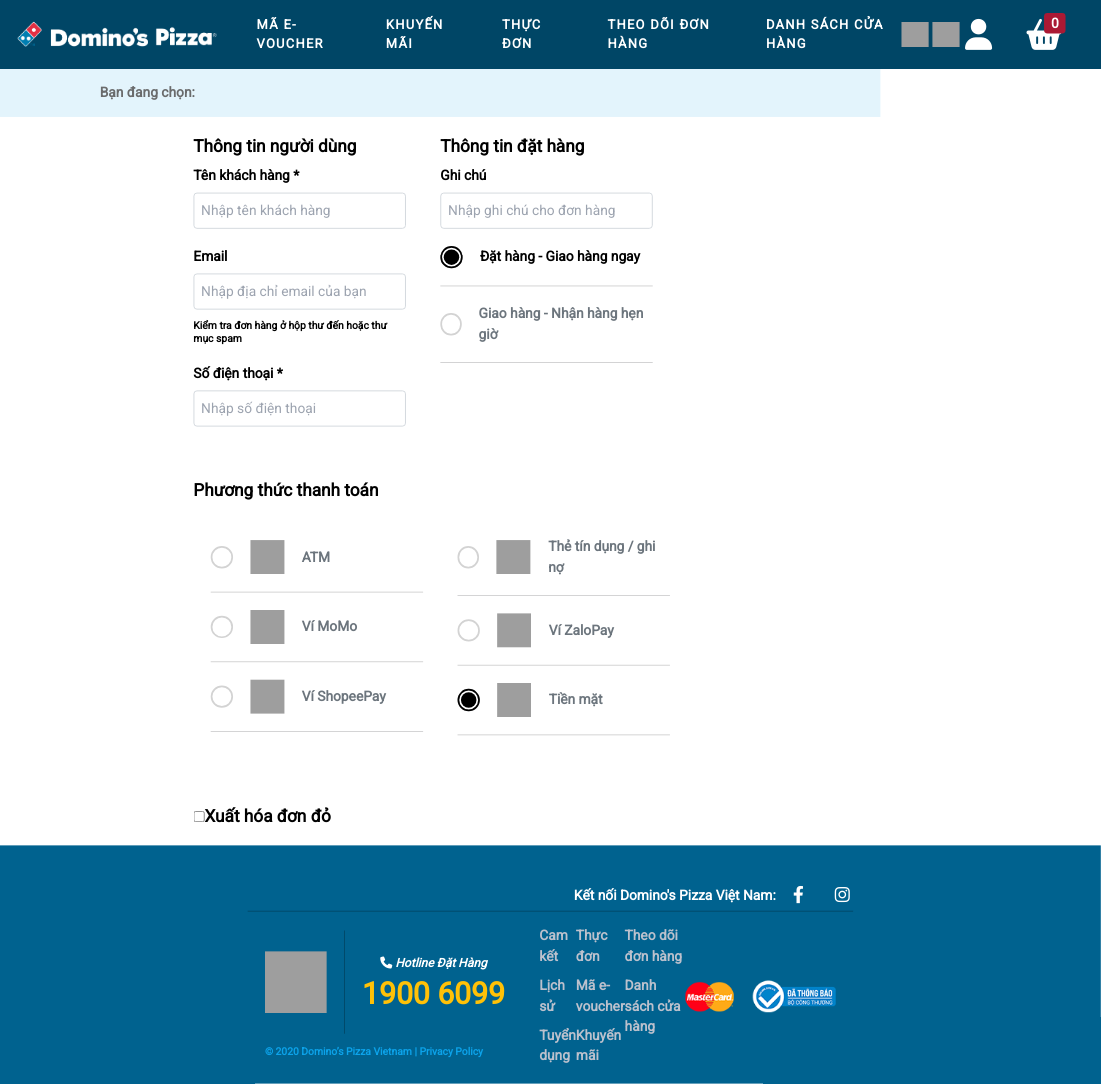
Repository: iphoneboy46/pizza-domino
Page: /thanhtoan
An editor plug-in stored every save of this project. The page is shown before and after the next save, followed by the edit.
The browser window is 1280 px wide. The pictures show the whole page, at 86% of full size.
Pictures or frames that could not be fetched are drawn as grey boxes. The page's requests for data from a server got no answer. Some web libraries are served in a nearby version. The project was rebuilt for these pictures with package versions that can differ from the ones it lists, and the page was loaded fresh each time. No one was signed in, and anything a server would have sent is missing. Also part of the build but not shown: src/components/Slides/Slides.css, src/components/Slides/Slides.js, src/components/SearchAddress/SearchAddress.css, src/components/SearchAddress/SearchAddress.js, src/components/page/Order/Order.js, src/components/page/Home/Home.css, src/components/page/Login/Login.css, src/components/page/InputField/InputField.js and 35 more.

Above is the page before, as saved 2023-03-01 13:36:57.

### public/index.html
<!DOCTYPE html>
<html lang="en">
  <head>
    <meta charset="utf-8" />
    <link rel="icon" href="%PUBLIC_URL%/favicon.ico" />
    <meta name="viewport" content="width=device-width, initial-scale=1" />
    <meta name="theme-color" content="#000000" />
    <meta
      name="description"
      content="Web site created using create-react-app"
    />
    <link rel="apple-touch-icon" href="%PUBLIC_URL%/logo192.png" />
    <link rel="stylesheet" href="https://cdnjs.cloudflare.com/ajax/libs/font-awesome/6.1.2/css/all.min.css" integrity="sha512-1sCRPdkRXhBV2PBLUdRb4tMg1w2YPf37qatUFeS7zlBy7jJI8Lf4VHwWfZZfpXtYSLy85pkm9GaYVYMfw5BC1A==" crossorigin="anonymous" referrerpolicy="no-referrer" />
    <!--
      manifest.json provides metadata used when your web app is installed on a
      user's mobile device or desktop. See https://developers.google.com/web/fundamentals/web-app-manifest/
    -->
    <link rel="manifest" href="%PUBLIC_URL%/manifest.json" />
    <!--
      Notice the use of %PUBLIC_URL% in the tags above.
      It will be replaced with the URL of the `public` folder during the build.
      Only files inside the `public` folder can be referenced from the HTML.

      Unlike "/favicon.ico" or "favicon.ico", "%PUBLIC_URL%/favicon.ico" will
      work correctly both with client-side routing and a non-root public URL.
      Learn how to configure a non-root public URL by running `npm run build`.
    -->
    <title>Pizza-Domino</title>
  </head>
  <body>
    <noscript>You need to enable JavaScript to run this app.</noscript>
    <div id="root"></div>
    <!--
      This HTML file is a template.
      If you open it directly in the browser, you will see an empty page.

      You can add webfonts, meta tags, or analytics to this file.
      The build step will place the bundled scripts into the <body> tag.

      To begin the development, run `npm start` or `yarn start`.
      To create a production bundle, use `npm run build` or `yarn build`.
    -->
  </body>
</html>

### src/index.js
import React from 'react';
import ReactDOM from 'react-dom/client';
import './index.css';
import App from './App';
import reportWebVitals from './reportWebVitals';
import Provider from '../src/components/Store/Provider';


const root = ReactDOM.createRoot(document.getElementById('root'));
root.render(
  <React.StrictMode>
    <Provider>
      <App />
    </Provider>
  </React.StrictMode>
);

// If you want to start measuring performance in your app, pass a function
// to log results (for example: reportWebVitals(console.log))
// or send to an analytics endpoint. Learn more: https://bit.ly/CRA-vitals
reportWebVitals();

### src/App.css
@import url('https://fonts.googleapis.com/css2?family=Roboto:wght@300;400&display=swap');

* {
  padding: 0;
  margin: 0;
  box-sizing: border-box;
  font-family: 'Roboto', sans-serif;

}

ul {
  list-style: none;
}

a {
  text-decoration: none;
}

/* width */
::-webkit-scrollbar {
  width: 8px;
  z-index: 1;
}

/* Track */
::-webkit-scrollbar-track {
  background: transparent;
  z-index: 1;
}

/* Handle */
::-webkit-scrollbar-thumb {

  background: #bcc1cb;
  border-radius: 4px;
  z-index: 1;
}



/* Handle on hover */
::-webkit-scrollbar-thumb:hover {
  background: #555;
  z-index: 1;
}

.modal {
  position: fixed;
  top: 0;
  left: 0;
  right: 0;
  bottom: 0;
  z-index: 999;
  width: 100%;
  height: 100vh;
  background-color: rgba(31, 31, 31, 0.595);
}

@media only screen and (max-width: 768px) {
  ::-webkit-scrollbar{
    width: 8px;
    height: 4px;
    z-index: 1;
  }

  ::-webkit-scrollbar-thumb {
    background: #bcc1cb;
    border-radius: 4px;
    z-index: 1;
  }

}

### src/routes/Routes.js
import Home from '../components/page/Home/Home';
import EVoucher from '../components/page/EVoucher/EVoucher';
import Khuyenmai from '../components/page/Khuyenmai/Khuyenmai';
import Thucdon from '../components/page/Thucdon/Thucdon';
import Donhang from '../components/page/Donhang/Donhang';
import Location from '../components/page/Location/Location';
import Pizza from '../components/page/Pizza/Pizza';
import Giohang from '../components/page/giohang/Giohang';
import Cuahang from '../components/page/Cuahang/Cuahang';
import Delivery from '../components/page/Delivery/Delivery';
import TakeAWay from '../components/page/TakeAWay/TakeAWay';
import ThanhToan from '../components/page/ThanhToan/ThanhToan';

const publicRoutes = [
    {path:'/', component:Home},
    {path:'/EVoucher', component:EVoucher},
    {path:'/Khuyenmai', component:Khuyenmai},
    {path:'/Thucdon', component:Thucdon},
    {path:'/Donhang', component:Donhang},
    {path:'/Cuahang', component:Cuahang},
    {path:'/Location', component:Location},
    {path:'/cart', component:Giohang},
    {path:'/delivery',component:Delivery},
    {path:'/away',component:TakeAWay},
    {path:'/thanhtoan',component:ThanhToan},
]


const privateRoute = []

export {publicRoutes}

### src/components/Store/Context.js
import {createContext} from 'react';

const Store = createContext();

export default Store;

### src/components/page/ThanhToan/ThanhToan.js
import React, { useContext, useState } from "react";
import Context from "../../Store/Context";
import { FastField, Formik } from "formik";
import * as Yup from "yup";
import InputField2 from "../InputField/InputField2";
import "./ThanhToan.css";
import Select from "react-select";
import { options } from "./Options";

function ThanhToan() {
  const { orderAddress } = useContext(Context);
  const [checked, setChecked] = useState(1);
  const [checkedPay, setCheckedPay] = useState(6);
  const [isChecked, setIsChecked] = useState(false);

  const initialValues = {
    email: "",
    password: "",
  };

  const validationSchema = Yup.object().shape({
    name: Yup.string().required("Vui lòng nhập tên khách hàng!"),
    phone: Yup.number().required("Vui lòng nhập số điện thoại!"),
  });

  const handleChecked = (id) => {
    setChecked(id);
    if (id === 2) {
      setIsChecked(true);
    } else {
      setIsChecked(false);
    }
  };

  const handleCheckedPay = (id) => {
    setCheckedPay(id);
  };

  return (
    <Formik initialValues={initialValues} validationSchema={validationSchema}>
      <div className="flex justify-between h-[auto] w-[100%]">
        <div className="pt-[80px] w-[80%] overflow-hidden">
          <div className="bg-[#e3f4fc] lg:flex md:flex hidden justify-between items-center">
            <div className="flex items-center  p-4 lg:ml-[100px] md:ml-100px text-[#6a6b6c] font-semibold">
              <h1 className="mr-5">Bạn đang chọn:</h1>
              <h1 className="mr-5 text-[#de1736]">
                {orderAddress.takeAway || orderAddress.deliver}
              </h1>
              <h1>{orderAddress.address}</h1>
            </div>
          </div>
          <div className="w-[60%] m-[auto] flex justify-between items-start p-5">
            <div className="flex-1 mr-10">
              <h1 className="font-bold text-xl mb-2">Thông tin người dùng</h1>
              <label className="font-bold block mb-2" htmlFor="name">
                Tên khách hàng *
              </label>
              <FastField
                name="name"
                component={InputField2}
                placeholder="Nhập tên khách hàng"
                type="text"
              />

              <label className="font-bold block mb-2" htmlFor="email">
                Email
              </label>
              <FastField
                name="email"
                component={InputField2}
                //prop truyen vao input field

                type="email"
                placeholder="Nhập địa chỉ email của bạn"
              />
              <span className="mt-[-10px] block text-xs font-bold mb-5">
                Kiểm tra đơn hàng ở hộp thư đến hoặc thư mục spam
              </span>

              <label className="font-bold block mb-2" htmlFor="email">
                Số điện thoại *
              </label>

              <FastField
                name="phone"
                component={InputField2}
                placeholder="Nhập số điện thoại"
              />
            </div>
            <div className="flex-1 mr-10">
              <h1 className="font-bold text-xl mb-2">Thông tin đặt hàng</h1>
              <label className="font-bold block mb-2" htmlFor="name">
                Ghi chú
              </label>
              <FastField
                name="ghichu"
                component={InputField2}
                placeholder="Nhập ghi chú cho đơn hàng"
                type="text"
              />
              <div>
                <div className="dat-thanh-toan flex items-center mb-5 border-b-[1px] border-[#CDCDCE] pb-5">
                  <input
                    className="input-thanh-toan"
                    id="dathang"
                    type="radio"
                    value="Đặt hàng - Giao hàng ngay"
                    checked={checked === 1}
                    onChange={() => {
                      handleChecked(1);
                    }}
                  />

                  <label for="dathang"></label>
                  <p
                    className={
                      checked === 1
                        ? "ml-5 text-[black] font-bold"
                        : "text-[#6c757d] ml-5 font-bold"
                    }
                  >
                    Đặt hàng - Giao hàng ngay
                  </p>
                </div>
                <div className="dat-thanh-toan flex items-center w-[100%] my-5 border-b-[1px] border-[#CDCDCE] pb-5">
                  <input
                    className="input-thanh-toan"
                    id="giaohang"
                    type="radio"
                    value="Giao hàng - Nhận hàng hẹn giờ"
                    checked={checked === 2}
                    onChange={() => {
                      handleChecked(2);
                    }}
                  />

                  <label for="giaohang"></label>
                  <p
                    className={
                      checked === 2
                        ? "ml-5 text-[black] font-bold"
                        : "text-[#6c757d] ml-5 font-bold"
                    }
                  >
                    Giao hàng - Nhận hàng hẹn giờ
                  </p>
                </div>
                {isChecked && (
                  <div className="w-[100%]">
                    <Select
                      placeholder="Chọn giờ nhận hàng"
                      options={options}
                    />
                  </div>
                )}
              </div>
            </div>
          </div>
          <div className="w-[60%] m-[auto] p-5">
            <h1 className="font-bold text-xl mb-5">Phương thức thanh toán</h1>
            <div className="w-[100%] flex justify-between items-center p-5">
              <div className="w-[100%] mr-5">
                <div className="dat-thanh-toan flex items-center w-[100%] mb-5 border-b-[1px] border-[#CDCDCE] pb-5">
                  <input
                    className="input-thanh-toan"
                    id="atm"
                    type="radio"
                    value="Đặt hàng - Giao hàng ngay"
                    checked={checkedPay === 1}
                    onChange={() => {
                      handleCheckedPay(1);
                    }}
                  />

                  <label for="atm"></label>
                  <p
                    className={
                      checkedPay === 1
                        ? "ml-5 text-[black] font-bold flex items-center"
                        : "text-[#6c757d] ml-5 font-bold flex items-center"
                    }
                  >
                    <img
                      className="w-[40px] h-[40px] mr-5"
                      src="https://img.dominos.vn/icon-payment-method-atm.png"
                      alt=""
                    />{" "}
                    ATM
                  </p>
                </div>
                <div className="dat-thanh-toan flex items-center w-[100%] mb-5 border-b-[1px] border-[#CDCDCE] pb-5">
                  <input
                    className="input-thanh-toan"
                    id="momo"
                    type="radio"
                    value="Đặt hàng - Giao hàng ngay"
                    checked={checkedPay === 2}
                    onChange={() => {
                      handleCheckedPay(2);
                    }}
                  />

                  <label for="momo"></label>
                  <p
                    className={
                      checkedPay === 2
                        ? "ml-5 text-[black] font-bold flex items-center"
                        : "text-[#6c757d] ml-5 font-bold flex items-center"
                    }
                  >
                    <img
                      className="w-[40px] h-[40px] mr-5"
                      src="https://img.dominos.vn/icon-payment-method-mo-mo.png"
                      alt=""
                    />{" "}
                    Ví MoMo
                  </p>
                </div>
                <div className="dat-thanh-toan flex items-center w-[100%] mb-5 border-b-[1px] border-[#CDCDCE] pb-5">
                  <input
                    className="input-thanh-toan"
                    id="shopee"
                    type="radio"
                    value="Đặt hàng - Giao hàng ngay"
                    checked={checkedPay === 3}
                    onChange={() => {
                      handleCheckedPay(3);
                    }}
                  />

                  <label for="shopee"></label>
                  <p
                    className={
                      checkedPay === 3
                        ? "ml-5 text-[black] font-bold flex items-center"
                        : "text-[#6c757d] ml-5 font-bold flex items-center"
                    }
                  >
                    <img
                      className="w-[40px] h-[40px] mr-5"
                      src="https://img.dominos.vn/shoppepay.png"
                      alt=""
                    />{" "}
                    Ví ShopeePay
                  </p>
                </div>
              </div>
              <div className="w-[100%] ml-5">
                <div className="dat-thanh-toan flex items-center w-[100%] mb-5 border-b-[1px] border-[#CDCDCE] pb-5">
                  <input
                    className="input-thanh-toan"
                    id="tindung"
                    type="radio"
                    value="Đặt hàng - Giao hàng ngay"
                    checked={checkedPay === 4}
                    onChange={() => {
                      handleCheckedPay(4);
                    }}
                  />

                  <label for="tindung"></label>
                  <p
                    className={
                      checkedPay === 4
                        ? "ml-5 text-[black] font-bold flex items-center"
                        : "text-[#6c757d] ml-5 font-bold flex items-center"
                    }
                  >
                    <img
                      className="w-[40px] h-[40px] mr-5"
                      src="https://img.dominos.vn/icon-payment-method-credit.png"
                      alt=""
                    />{" "}
                    Thẻ tín dụng / ghi nợ
                  </p>
                </div>
                <div className="dat-thanh-toan flex items-center w-[100%] mb-5 border-b-[1px] border-[#CDCDCE] pb-5">
                  <input
                    className="input-thanh-toan"
                    id="zalo"
                    type="radio"
                    value="Đặt hàng - Giao hàng ngay"
                    checked={checkedPay === 5}
                    onChange={() => {
                      handleCheckedPay(5);
                    }}
                  />

                  <label for="zalo"></label>
                  <p
                    className={
                      checkedPay === 5
                        ? "ml-5 text-[black] font-bold flex items-center"
                        : "text-[#6c757d] ml-5 font-bold flex items-center"
                    }
                  >
                    <img
                      className="w-[40px] h-[40px] mr-5"
                      src="https://img.dominos.vn/icon-payment-method-zalo-pay.png"
                      alt=""
                    />{" "}
                    Ví ZaloPay
                  </p>
                </div>
                <div className="dat-thanh-toan flex items-center w-[100%] mb-5 border-b-[1px] border-[#CDCDCE] pb-5">
                  <input
                    className="input-thanh-toan"
                    id="tienmat"
                    type="radio"
                    value="Đặt hàng - Giao hàng ngay"
                    checked={checkedPay === 6}
                    onChange={() => {
                      handleCheckedPay(6);
                    }}
                  />

                  <label for="tienmat"></label>
                  <p
                    className={
                      checked === 6
                        ? "ml-5 text-[black] font-bold flex items-center"
                        : "text-[#6c757d] ml-5 font-bold flex items-center"
                    }
                  >
                    <img
                      className="w-[40px] h-[40px] mr-5"
                      src="https://img.dominos.vn/cash.png"
                      alt=""
                    />{" "}
                    Tiền mặt
                  </p>
                </div>
              </div>
            </div>
          </div>
          <div className="w-[60%] m-[auto] p-5">
            <div className="flex items-center">
              <input type="checkbox" /> <h1 className="text-xl font-bold">Xuất hóa đơn đỏ</h1>
            </div>
          </div>
        </div>

        <div className="w-[20%]"></div>
      </div>
    </Formik>
  );
}

export default ThanhToan;

### src/components/page/InputField/InputField2.js
import React from "react";

function InputField2(props) {
  const { field, form, type, label, placeholder, disabled } = props;

  const { name, value, onChange, onBlur } = field;
  const {errors,touched} = form;
  const showError = errors[name] && touched[name]
  return (
    <div className="flex flex-col mb-5">
      {label && (
        <label className="text-[#0F80B3] mb-2 font-bold" htmlFor={name}>
          {label}
        </label>
      )}
      <input
        className="email w-[100%]  border-[#CED4DA] border-[1px] px-2 py-2 rounded"
        type={type}
        onBlur={onBlur}
        onChange={onChange}
        placeholder={placeholder}
        name={name}
        id={name}
      />
    {showError && <p className="text-[red] font-bold text-sm">{errors[name]}</p>}
    </div>
  );
}

export default InputField2;

### src/components/page/ThanhToan/ThanhToan.css
.dat-thanh-toan > label{
    width: 26px;
    height: 26px;
    border: 2px solid lightgrey;
    border-radius: 50%;
    display: inline-block;
    position: relative;
}

.dat-thanh-toan > label:after {
    content: "";
    position: absolute;
    width: 18px;
    height: 18px;
    border-radius: 50%;
    top: 50%;
    left: 50%;
    transform: translate(-50%,-50%);
    background-color:black;
    display: none;
}

.dat-thanh-toan > label::before {
    content: "";
    width: 26px;
    height: 26px;
    border: 2px solid black;
    border-radius: 50%;
    display: inline-block;
    position: absolute;
    top: -2px;
    left: -2px;
    display: none;
}


/* .input-dat-hang{
    display: block !important;
} */

.input-thanh-toan:checked ~  label::after {
    display: block;
}



.input-thanh-toan:checked ~  label::before {
    display: block;
}

### src/components/page/SignIn/SignIn.css
.email:focus{
    border-color:#80bdff !important;
    border-style: solid;
    outline: none;
    box-shadow: 0px 0px 12px #80bdff;
}

.pass-word:focus{
    border-color:#80bdff !important;
    border-style: solid;
    outline: none;
    box-shadow: 0px 0px 12px #80bdff;
}

### src/components/page/Order/Order.css
input[type="radio"] {
    display: none;
}

.labelOd:before {
    width: 30px;
    height: 30px;
    border-radius: 50%;
    position: absolute;
    top: -4px;
    left: -35px;
    content: '';
    background: #fff;
    border: 1px solid lightgray;
}

input[type="radio"]:checked ~ .labelOd:after {
    width: 20px;
    height: 20px;
    border-radius: 50%;
    position: absolute;
    top: 1px;
    left: -30px;
    content: '';
    background:black;
}

input[type="radio"]:checked ~ .labelOd::before {
    width: 30px;
    height: 30px;
    border-radius: 50%;
    position: absolute;
    padding: 10px;
    top: -4px;
    left: -35px;
    content: '';
    border: 1px solid black;
}

### src/components/page/OrderEdit/OrderEdit.css
input[type="radio"] {
    display: none;
}

.labelOd:before {
    width: 30px;
    height: 30px;
    border-radius: 50%;
    position: absolute;
    top: -4px;
    left: -35px;
    content: '';
    background: #fff;
    border: 1px solid lightgray;
}

input[type="radio"]:checked ~ .labelOd:after {
    width: 20px;
    height: 20px;
    border-radius: 50%;
    position: absolute;
    top: 1px;
    left: -30px;
    content: '';
    background:black;
}

input[type="radio"]:checked ~ .labelOd::before {
    width: 30px;
    height: 30px;
    border-radius: 50%;
    position: absolute;
    padding: 10px;
    top: -4px;
    left: -35px;
    content: '';
    border: 1px solid black;
}

### tailwind.config.js
/** @type {import('tailwindcss').Config} */
module.exports = {
    content: [
        "./src/**/*.{js,jsx,ts,tsx}",
    ],
    theme: {
        extend: {

        },
        colors:{
            'wh' : 'rgba(255, 255, 255, 0.75)',
            'wh1' : 'rgba(255, 255, 255, 0.1)',
            'white' : '#fff',
            'yellowcustom': '#ffc107',
            'graycustom':'#bcc1cd',
            'shadowColor': 'rgb(0 42 61 / 16%)'
        }
    },
    plugins: [],
}

Loaded but not shown: src/index.css (common file); src/reportWebVitals.js (common file); src/components/Data/Data.js (1146 lines, source omitted); src/components/Header/Header.js (198 lines, source omitted); src/components/Store/Provider.js (185 lines, source omitted); src/components/Footer/Footer.js (105 lines, source omitted); src/components/page/ThanhToan/Options.js (271 lines, source omitted); src/App.js (95 lines, source omitted)

After the next save:
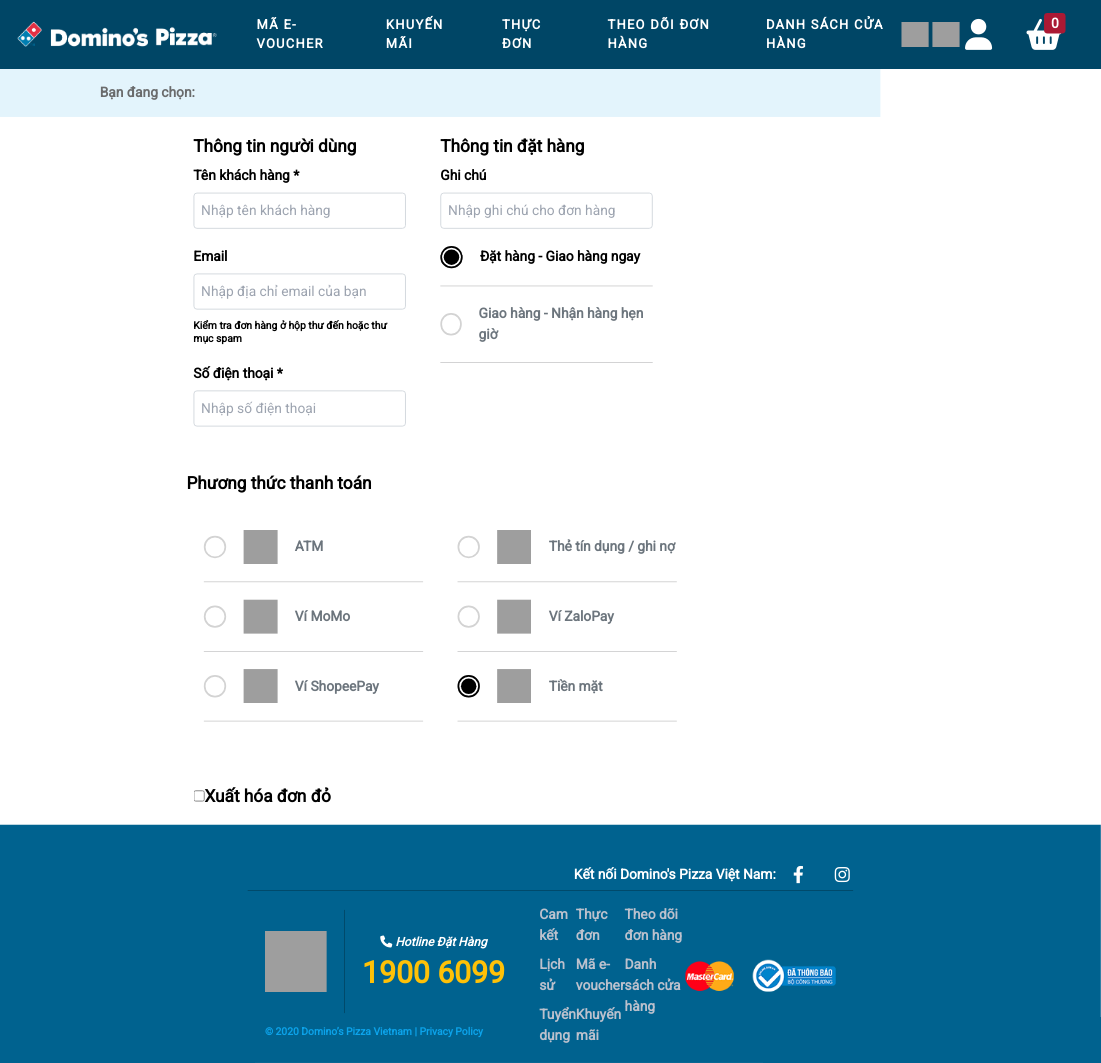
Saved 26 s later.
--- a/src/components/page/ThanhToan/ThanhToan.js
+++ b/src/components/page/ThanhToan/ThanhToan.js
@@ -156,7 +156,7 @@
               </div>
             </div>
           </div>
-          <div className="w-[60%] m-[auto] p-5">
+          <div className="w-[60%] m-[auto] p-3">
             <h1 className="font-bold text-xl mb-5">Phương thức thanh toán</h1>
             <div className="w-[100%] flex justify-between items-center p-5">
               <div className="w-[100%] mr-5">
